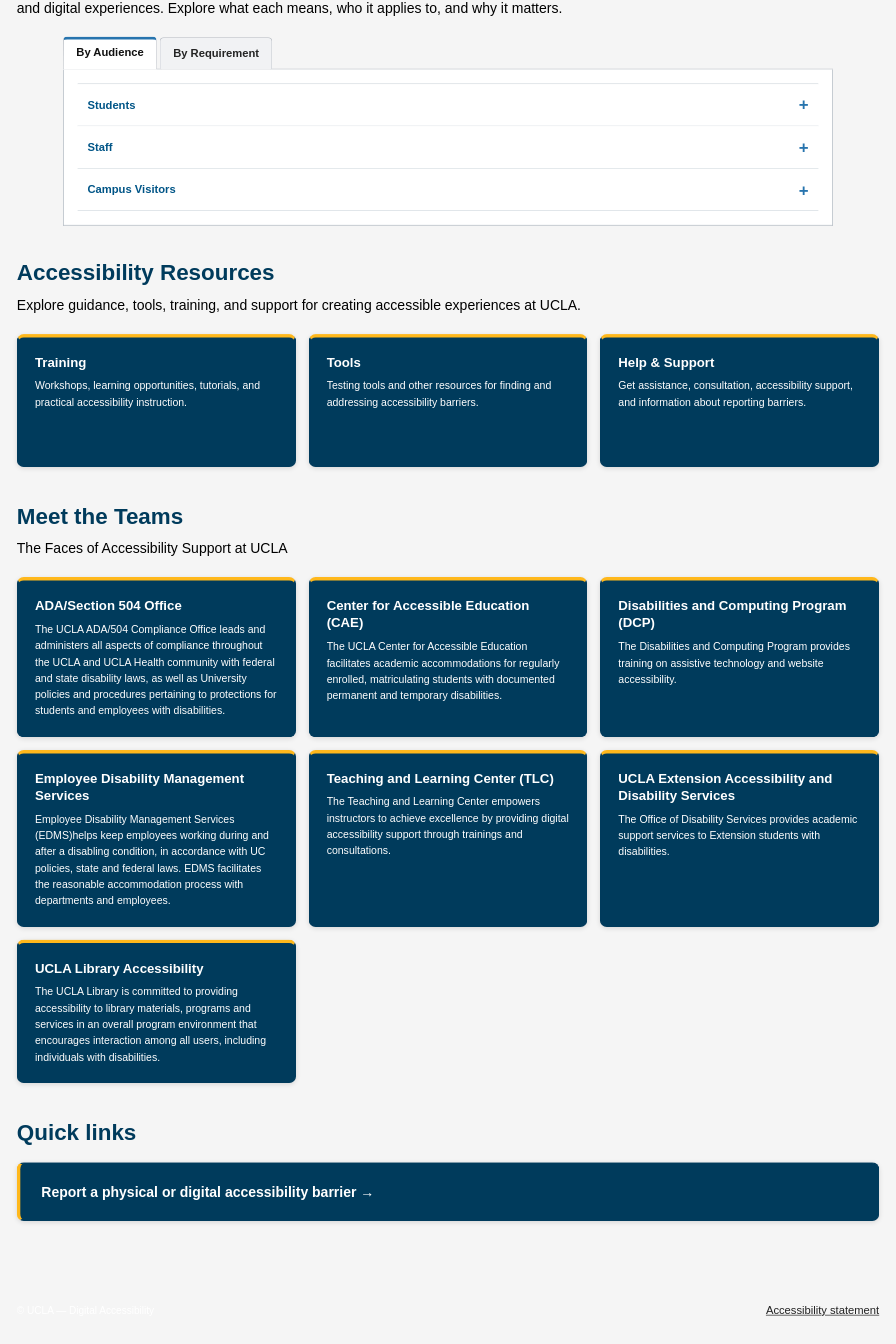
Repository: PSunnywell/UCLA-A11y-barrier-page
Page: index.html
The author's editor kept a copy of each file at every save. The page is drawn from the files as they stood at one save, then again after the next save.
The browser window is 1280 px wide. The pictures show the part of the page from y = 816 to 2736 px (the page is 2736 px tall before and 2615 px after), at 70% of full size.

Above is the page before, as saved 2026-10-13 19:45:14.
Not found: search.js

### index.html
<!DOCTYPE html>
<html lang="en">
<head>
  <meta charset="UTF-8">
  <meta name="viewport" content="width=device-width, initial-scale=1.0">
  <meta name="description" content="Accessibility Resources for UCLA">
  <title>Accessibility Resources</title>
  <link rel="stylesheet" href="styles3.css">
  <style>
    /* Classic attached tabs, styled to match the reference image. */
    .requirements-tabs { max-width: 1100px; margin: 1.5rem auto 3rem; font-family: inherit; }
    .requirements-tablist { display: flex; align-items: flex-end; flex-wrap: wrap; gap: 4px; padding: 0; border-bottom: 1px solid #aeb6bf; }
    .requirements-tab { appearance: none; border: 1px solid #b5bac1; border-bottom: 0; border-radius: 6px 6px 0 0; background: #f1f2f4; color: #242424; font: inherit; font-weight: 600; font-size: 1rem; line-height: 1.3; padding: 12px 18px; margin: 0 0 -1px; cursor: pointer; }
    .requirements-tab[aria-selected="true"] { background: #fff; color: #111; border-top: 4px solid #2774ae; padding-top: 9px; border-bottom: 1px solid #fff; position: relative; z-index: 1; }
    .requirements-tab:hover:not([aria-selected="true"]) { background: #e5edf4; }
    .requirements-tab:focus-visible { outline: 3px solid #005587; outline-offset: 2px; z-index: 2; }
    .requirements-tabs > .requirements-panel { border: 1px solid #aeb6bf; border-top: 0; padding: 20px; background: #fff; }
    /* Simple accordion rows inside each top-level tab. */
    .requirements-accordion { border-bottom: 1px solid #c9d1d8; }
    .requirements-accordion:first-child { border-top: 1px solid #c9d1d8; }
    .requirements-accordion summary { cursor: pointer; list-style: none; display: flex; align-items: center; justify-content: space-between; gap: 1rem; padding: 17px 14px; font-weight: 600; color: #005587; background: #fff; }
    .requirements-accordion summary::-webkit-details-marker { display: none; }
    .requirements-accordion summary::after { content: "+"; font-size: 1.5rem; line-height: 1; color: #2774ae; }
    .requirements-accordion[open] summary::after { content: "−"; }
    .requirements-accordion summary:hover { background: #f3f8fc; }
    .requirements-accordion summary:focus-visible { outline: 3px solid #005587; outline-offset: -3px; }
    .requirements-accordion-content { padding: 0 14px 16px; }
    .requirements-panel[hidden] { display: none; }
    .requirements-panel p { line-height: 1.65; max-width: 72ch; margin: 0 0 .8rem; }
    .requirements-panel h3 { color: #005587; margin: 0 0 .65rem; font-size: 1.2rem; }
    @media (max-width: 600px) { .requirements-tab { padding: 10px 12px; font-size: .9rem; } .requirements-tab[aria-selected="true"] { padding-top: 7px; } .requirements-tabs > .requirements-panel { padding: 14px; } }
  </style>
</head>
<body>
  <a class="skip-link" href="#main-content">Skip to main content</a>

  <header class="site-header">
    <div class="header-inner">
      <a class="site-brand" href="ucla.edu" aria-label="UCLA home">
        <img class="site-brand-logo" src="images/logo_UCLA_blue_boxed.png" alt="UCLA">

      </a>
      <nav class="primary-nav" aria-label="Primary navigation">

        <ul>
          <li><a href="https://newsroom.ucla.edu/">Newsroom</a></li>
          <li><a href="training.html">Training</a></li>
          <li><a href="contact.html">Contact</a></li>
        </ul>
      </nav>
    </div>

    <div class="site-search-row">
      <search class="site-search" role="search">
        <form action="search.html" method="get">
          <label for="site-search-input">Search the site</label>
          <input id="site-search-input" name="q" type="search" placeholder="Search the site" autocomplete="off">
          <button type="submit">Search</button>
        </form>
      </search>
    </div>
  </header>


  <!-- =======================================================
       HERO
       ======================================================= -->

  <section class="hero" aria-labelledby="page-title">

    <div class="hero-inner">

            <h1 id="page-title">
       Building a More Accessible Community
      </h1>

      <p>At UCLA, accessibility is essential to creating a community where everyone feels welcome, respected, and empowered to participate fully.</p>

<p>Guided by our True Bruin Value of Belonging, we strive to build an inclusive environment that recognizes and respects the diverse identities, experiences, and abilities of our campus community. Accessibility goes beyond removing barriers and meeting legal requirements. It is about creating meaningful opportunities for everyone to learn, work, connect, and thrive.</p>

<p>Through our shared commitment to accessibility, we help build a UCLA where everyone has the opportunity to participate, contribute, and belong.</p>


    </div>

  </section>


  <!-- =======================================================
       MAIN
       ======================================================= -->

  <main id="main-content">


    <!-- =====================================================
         PRIMARY RESOURCE CARDS
         ===================================================== -->

    <section aria-labelledby="requirements-heading">

      <div class="section-heading">
        <h2 id="requirements-heading">Understanding Accessibility Requirements</h2>
        <p>Accessibility laws, university policies, and technical standards help create equitable access to UCLA's programs, services, and digital experiences. Explore what each means, who it applies to, and why it matters.</p>
      </div>

      <!-- Two main tabs; each contains three native HTML accordions. -->
      <div class="requirements-tabs">
        <div class="requirements-tablist" role="tablist" aria-label="Browse accessibility requirements">
          <button type="button" class="requirements-tab" id="tab-audience" role="tab" aria-selected="true" aria-controls="panel-audience" tabindex="0">By Audience</button>
          <button type="button" class="requirements-tab" id="tab-requirement" role="tab" aria-selected="false" aria-controls="panel-requirement" tabindex="-1">By Requirement</button>
        </div>

        <div class="requirements-panel" id="panel-audience" role="tabpanel" aria-labelledby="tab-audience" tabindex="0">
          <details class="requirements-accordion">
            <summary>Students</summary>
            <div class="requirements-accordion-content">
              <p>Explore accessibility rights, accommodations, and resources that support participation in courses, campus programs, and university life.</p>
            </div>
          </details>
          <details class="requirements-accordion">
            <summary>Staff</summary>
            <div class="requirements-accordion-content">
              <p>Learn about accessibility responsibilities and support for university workplaces, services, communications, and digital content.</p>
            </div>
          </details>
          <details class="requirements-accordion">
            <summary>Campus Visitors</summary>
            <div class="requirements-accordion-content">
              <p>Find information about access to campus spaces, events, programs, and services when visiting UCLA.</p>
            </div>
          </details>
        </div>
        <div class="requirements-panel" id="panel-requirement" role="tabpanel" aria-labelledby="tab-requirement" tabindex="0" hidden>
          <details class="requirements-accordion">
            <summary>Laws &amp; Regulations</summary>
            <div class="requirements-accordion-content">
              <p>Federal and state requirements, including the ADA and Section 504, establish rights and obligations related to equal access and nondiscrimination.</p>
            </div>
          </details>
          <details class="requirements-accordion">
            <summary>UC Policies</summary>
            <div class="requirements-accordion-content">
              <p>University of California policies describe institutional expectations, responsibilities, and procedures. Check each policy for its scope and applicability.</p>
            </div>
          </details>
          <details class="requirements-accordion">
            <summary>Standards</summary>
            <div class="requirements-accordion-content">
              <p>Technical criteria, such as the Web Content Accessibility Guidelines (WCAG), help teams design and evaluate accessible experiences. Applicable requirements determine which standards are mandatory.</p>
            </div>
          </details>
        </div>
      </div>

      <div class="section-heading">
        <h2 id="resources-heading">Accessibility Resources</h2>
        <p>Explore guidance, tools, training, and support for creating accessible experiences at UCLA.</p>
      </div>

      <div class="card-grid">

        <!-- CARD 1 -->
        <a
          class="resource-card is-dark"
          href="accessible-course-materials1004.html"
        >
          <h3>
           Training
          </h3>

          <p>
             Workshops, learning opportunities, tutorials,
            and practical accessibility instruction.
          </p>
        </a>

        <!-- CARD 2 -->
        <a
          class="resource-card is-dark"
          href="tools.html"
        >
          <h3>
            Tools
          </h3>

          <p>
            Testing tools and other resources for finding
            and addressing accessibility barriers.
          </p>
        </a>

        <!-- CARD 3 -->
        <a
          class="resource-card is-dark"
          href="support.html" >
          <h3>
            Help & Support
          </h3>

          <p>
            Get assistance, consultation, accessibility
            support, and information about reporting barriers.
          </p>
        </a>


      </div>

    </section>
<br>
<br>

    <!-- =====================================================
         FEATURED CONTENT
         ===================================================== -->
 <div class="section-heading">
        <h2 id="resources-heading">Meet the Teams</h2>
        <p>The Faces of Accessibility Support at UCLA</p>
      </div>

      <div class="card-grid">

        <!-- CARD 0 -->
        <a
          class="resource-card is-dark"
          href="ADA.html"
        >
          <h3>
          ADA/Section 504 Office
          </h3>

          <p>
            The UCLA ADA/504 Compliance Office leads and administers all aspects of compliance throughout the UCLA and UCLA Health community with federal and state disability laws, as well as University policies and procedures pertaining to protections for students and employees with disabilities.
          </p>
        </a>


        <!-- CARD 1 -->
        <a
          class="resource-card is-dark"
          href="cae.html"
        >
          <h3>
           Center for Accessible Education (CAE)
          </h3>

          <p>
            The UCLA Center for Accessible Education facilitates academic accommodations for regularly enrolled, matriculating students with documented permanent and temporary disabilities.
          </p>
        </a>

        <!-- CARD 2 -->
        <a
          class="resource-card is-dark"
          href="dcp.html"
        >
          <h3>
           Disabilities and Computing Program (DCP)
          </h3>

          <p>
           The Disabilities and Computing Program provides training on assistive technology and website accessibility.
          </p>
        </a>

   <!-- CARD 3 -->
        <a
          class="resource-card is-dark"
          href="edms.html" >
          <h3>Employee Disability Management Services
          </h3>

          <p>
            Employee Disability Management Services (EDMS)helps keep employees working during and after a disabling condition, in accordance with UC policies, state and federal laws. EDMS facilitates the reasonable accommodation process with departments and employees.
          </p>
        </a>

         <!-- CARD 4 -->
        <a
          class="resource-card is-dark"
          href="TLC.html" >
          <h3>Teaching and Learning Center (TLC)
          </h3>

          <p>
            The Teaching and Learning Center empowers instructors to achieve excellence by providing digital accessibility support through trainings and consultations.
          </p>
        </a>

         <!-- CARD 5 -->
        <a
          class="resource-card is-dark"
          href="ext.html" >
          <h3>UCLA Extension Accessibility and Disability Services
          </h3>

          <p>
            The Office of Disability Services provides academic support services to Extension students with disabilities.
          </p>
        </a>

        <!-- CARD 6 -->
        <a
          class="resource-card is-dark"
          href="library.html" >
          <h3>
            UCLA Library Accessibility
          </h3>

          <p>
            The UCLA Library is committed to providing accessibility to library materials, programs and services in an overall program environment that encourages interaction among all users, including individuals with disabilities.
          </p>
        </a>

      </div>

    </section>
<br>
<br>

    <!-- =====================================================
         QUICK LINKS
         ===================================================== -->

    <section aria-labelledby="quick-heading">

      <div class="section-heading">

        <h2 id="quick-heading">
          Quick links
        </h2>

      </div>


      <div class="quick-links">

        <a
          class="quick-link"
          href="report-barrier.html"
        >
          Report a physical or digital accessibility barrier →
        </a>

      </div>

    </section>

  </main>


  <!-- =======================================================
       FOOTER
       ======================================================= -->

  <footer>

    <div class="footer-inner">

      <p>
        © UCLA — Digital Accessibility
      </p>

      <a
        class="footer-link"
        href="accessibility.html"
      >
        Accessibility statement
      </a>

    </div>

  </footer>

<script src="search.js" defer></script>
  <script>
    // Accessible keyboard navigation for the two main tabs.
    document.querySelectorAll('.requirements-tablist').forEach(tablist => {
      const tabs = Array.from(tablist.querySelectorAll(':scope > [role="tab"]'));
      function activate(tab, moveFocus = false) {
        tabs.forEach(item => {
          const selected = item === tab;
          item.setAttribute('aria-selected', String(selected));
          item.tabIndex = selected ? 0 : -1;
          document.getElementById(item.getAttribute('aria-controls')).hidden = !selected;
        });
        if (moveFocus) tab.focus();
      }
      tabs.forEach((tab, index) => {
        tab.addEventListener('click', () => activate(tab));
        tab.addEventListener('keydown', event => {
          let next;
          if (event.key === 'ArrowRight') next = (index + 1) % tabs.length;
          else if (event.key === 'ArrowLeft') next = (index - 1 + tabs.length) % tabs.length;
          else if (event.key === 'Home') next = 0;
          else if (event.key === 'End') next = tabs.length - 1;
          else return;
          event.preventDefault();
          activate(tabs[next], true);
        });
      });
    });
  </script>
</body>
</html>

Loaded but not shown: styles3.css (388 lines, source omitted)

After the next save:
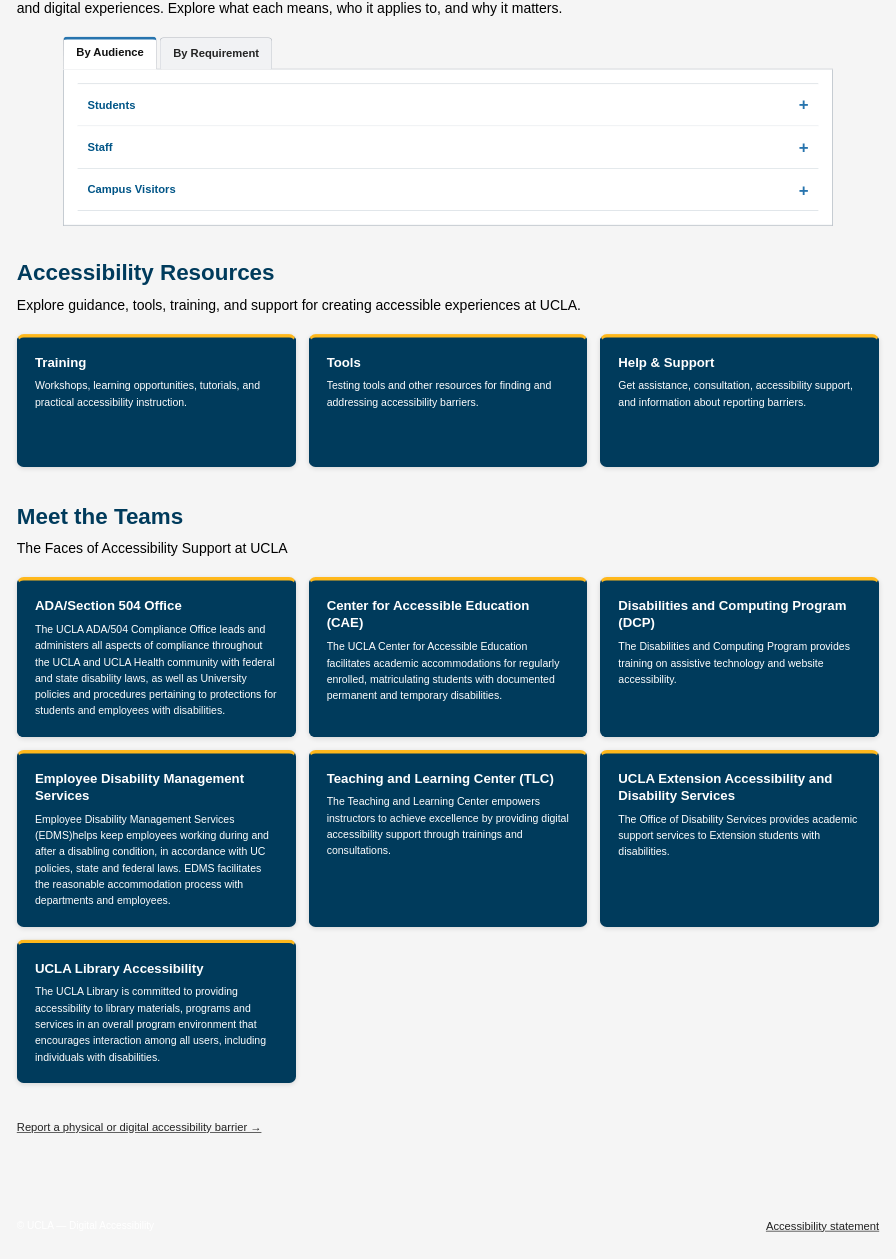
Saved 117 s later.
--- a/index.html
+++ b/index.html
@@ -325,19 +325,10 @@
 
     <section aria-labelledby="quick-heading">
 
-      <div class="section-heading">
-
-        <h2 id="quick-heading">
-          Quick links
-        </h2>
-
-      </div>
-
-
-      <div class="quick-links">
-
-        <a
-          class="quick-link"
+      <div class="report">
+
+        <a
+          class="report"
           href="report-barrier.html"
         >
           Report a physical or digital accessibility barrier →
